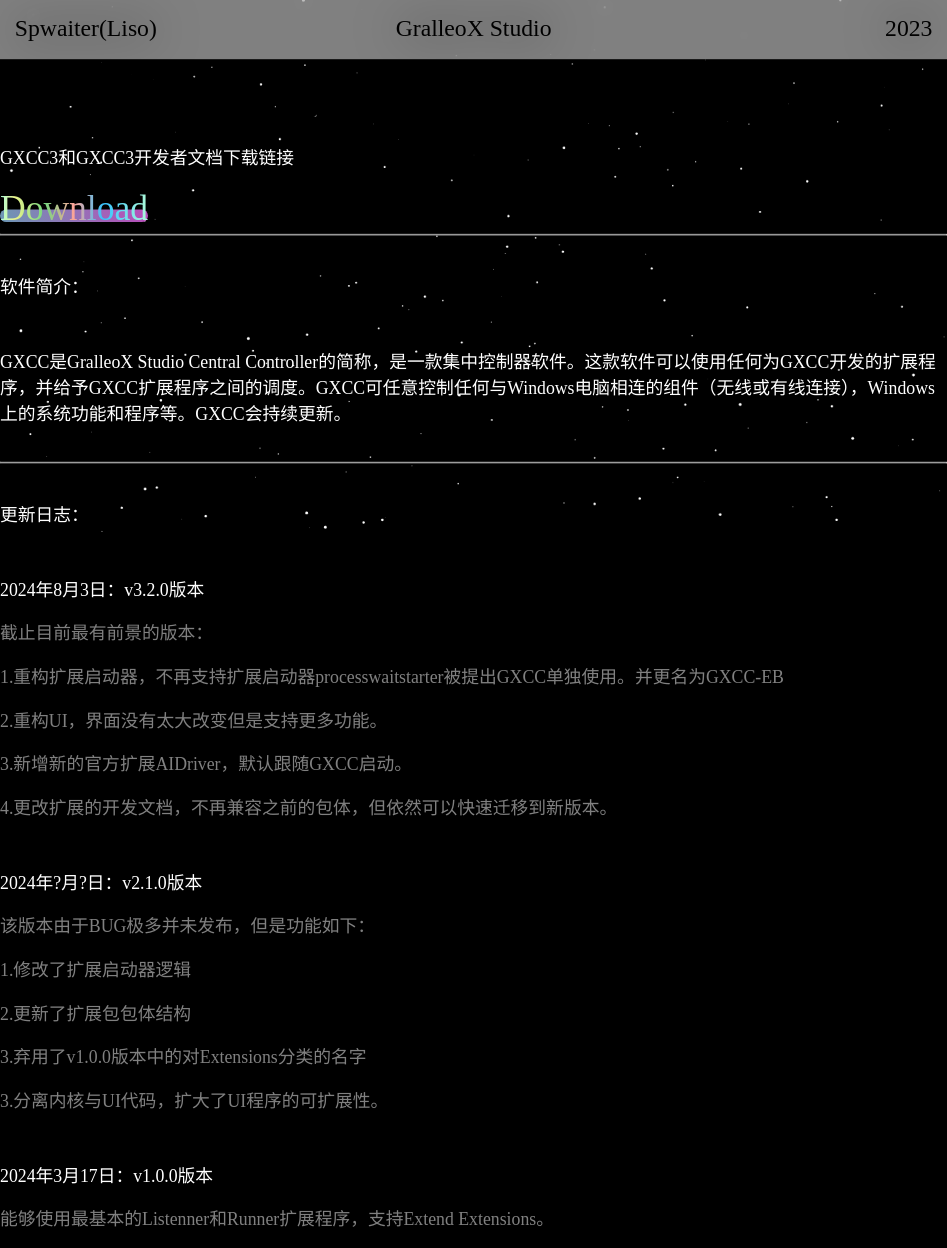
Repository: Lisu-Liso/page
Page: GXCC/index.html
An editor plug-in stored every save of this project. The page is shown before and after a run of saves, followed by the edit.
The browser window is 1280 px wide. The pictures show the whole page, at 74% of full size.

Above is the page before, as saved 2024-08-04 09:02:07.

After the next 5 saves:
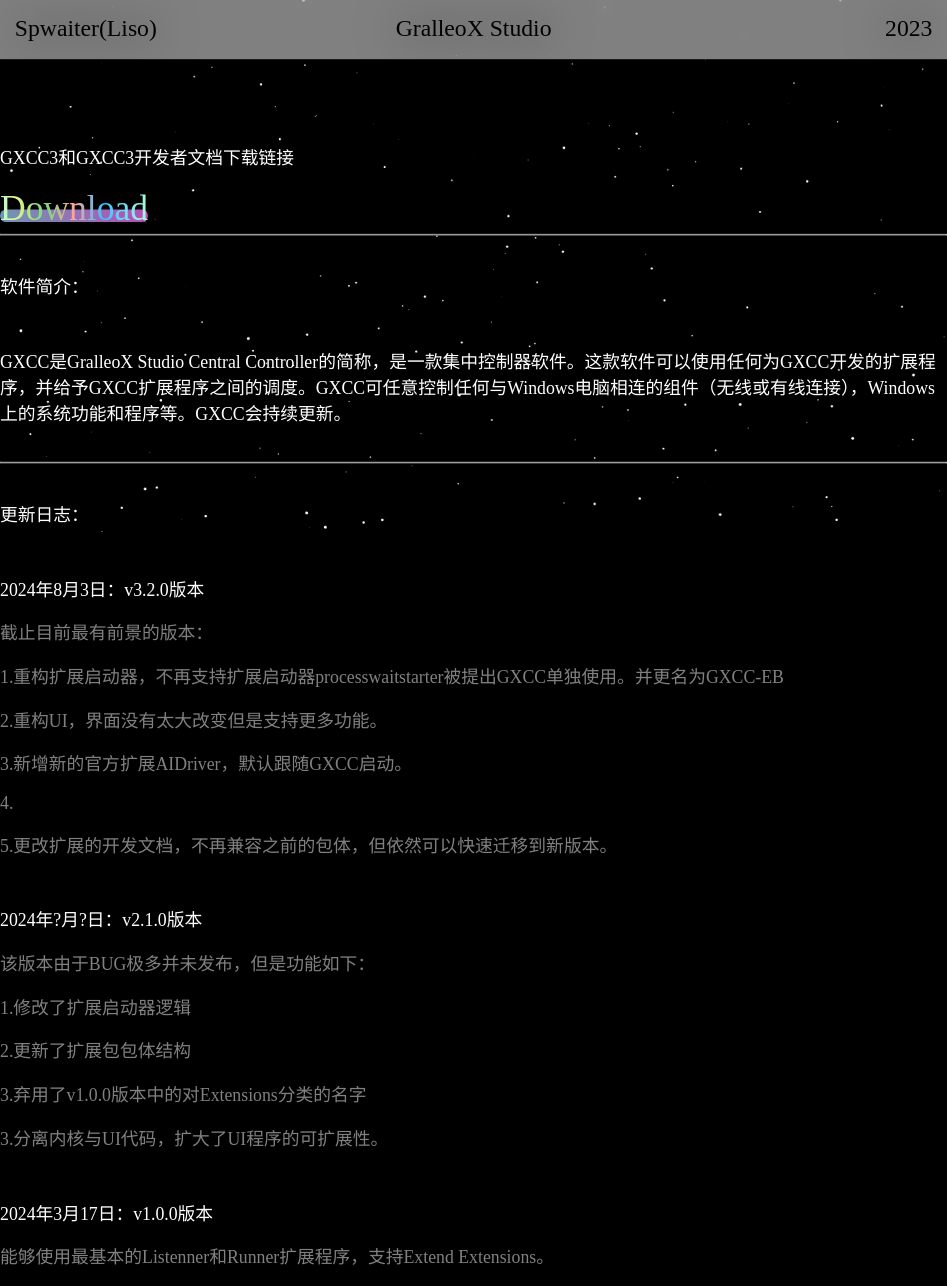
The 5 saves are shown as one change because they came seconds apart.
The last was saved 50 s later.
--- a/GXCC/index.html
+++ b/GXCC/index.html
@@ -305,7 +305,8 @@
         <p class="normaltext" style="color: grey;">1.重构扩展启动器，不再支持扩展启动器processwaitstarter被提出GXCC单独使用。并更名为GXCC-EB</p>
         <p class="normaltext" style="color: grey;">2.重构UI，界面没有太大改变但是支持更多功能。</p>
         <p class="normaltext" style="color: grey;">3.新增新的官方扩展AIDriver，默认跟随GXCC启动。</p>
-        <p class="normaltext" style="color: grey;">4.更改扩展的开发文档，不再兼容之前的包体，但依然可以快速迁移到新版本。</p>
+        <p class="normaltext" style="color: grey;">4.</p>
+        <p class="normaltext" style="color: grey;">5.更改扩展的开发文档，不再兼容之前的包体，但依然可以快速迁移到新版本。</p>
         <br>
         <p class="normaltext">2024年?月?日：v2.1.0版本</p>
         <p class="normaltext" style="color: grey;">该版本由于BUG极多并未发布，但是功能如下：</p>
